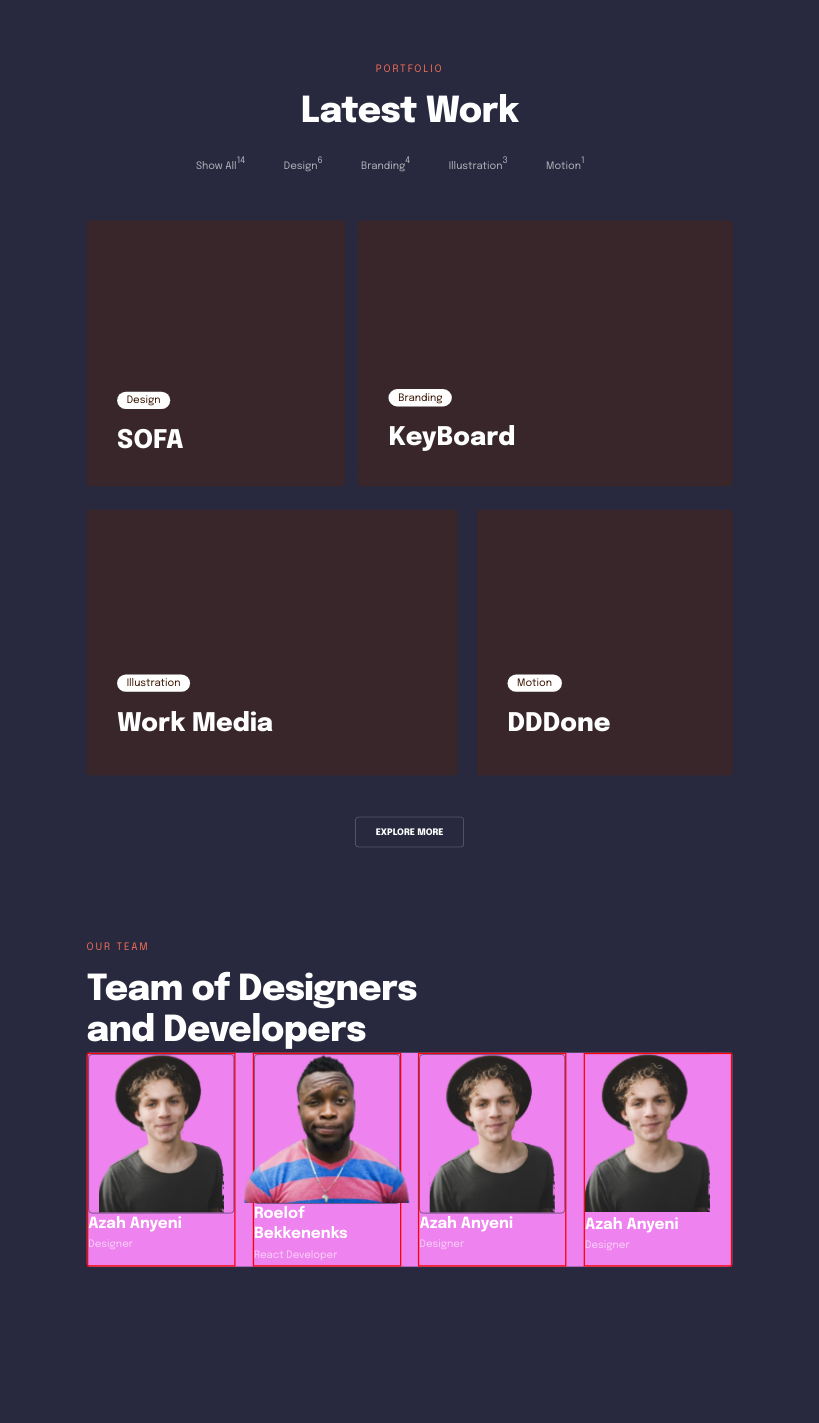
Repository: FidanXankishiyeva/figma-positions-task
Page: index.html
These files come from the project's save history. The page is drawn as it stood at one moment and after the next save; the edit follows.
The browser window is 1280 px wide. The pictures show the whole page, at 64% of full size.

Above is the page before, as saved 2023-08-10 13:45:35.

### index.html
<!DOCTYPE html>
<html lang="en">

<head>
    <meta charset="UTF-8">
    <meta name="viewport" content="width=device-width, initial-scale=1.0">
    <title>Document</title>
    <link rel="stylesheet" href="index.css">
</head>

<body>
    <div class="container">
        <div class="page-1">
            <div class="text-box">
                <h1>Portfolio</h1>
                <h2>Latest Work</h2>
            </div>
            <nav class="position-box">
                <ul>
                    <li>
                        <h1>Show All</h1>
                        <p>14</p>
                    </li>
                    <li>
                        <h1>Design</h1>
                        <p>6</p>
                    </li>
                    <li>
                        <h1>Branding</h1>
                        <p>4</p>
                    </li>
                    <li>
                        <h1>Illustration</h1>
                        <p>3</p>
                    </li>
                    <li>
                        <h1>Motion</h1>
                        <p>1</p>
                    </li>
                </ul>
            </nav>
            <div class="photo-box">
                <div class="sofa-box">
                    <img src="./photo/sofa.svg" alt="">
                    <div class="design-box">
                        <a href="#">Design</a>
                        <p>SOFA</p>

                    </div>
                </div>
                <div class="keyboard-box">
                    <img src="./photo/keyboard.svg" alt="">
                    <div class="branding-box">
                        <a href="#">Branding</a>
                        <p>KeyBoard</p>
                    </div>
                </div>
            </div>

            <div class="photo-box-2">
                <div class="work-media">
                    <img src="./photo/Work-Media.svg" alt="">
                    <div class="illustration-box">
                        <a href="#">Illustration</a>
                        <p>Work Media</p>
                    </div>
                </div>
                <div class="done-box">
                    <img src="./photo/done.svg" alt="">
                    <div class="motion-box">
                        <a href="#">Motion</a>
                        <p>DDDone</p>
                    </div>
                </div>
            </div>
            <button>
                Explore more
            </button>
        </div>
        <div class="page-2">
            <div class="text-box-2">
                <h3 >Our Team</h3>
                <h4>Team of Designers
                    and Developers</h4>
            </div>
            <div class="team-person">
                <ul>
                    <li>
                        <div>
                            <img src="./photo/azah.svg" alt="">
                        </div>
                        <h5>Azah Anyeni</h5>
                        <h6>Designer</h6>
                    </li>
                    <li>
                        <div>
                            <img src="./photo/roelof.svg" alt="">

                        </div>
                        <h5>Roelof Bekkenenks</h5>
                        <h6>React Developer</h6>
                    </li>
                    <li>
                        <div>
                            <img src="./photo/azah.svg" alt="">
                        </div>
                        <h5>Azah Anyeni</h5>
                        <h6>Designer</h6>
                    </li>
                    <li>
                        <img src="./photo/azah.svg" alt="">
                        <h5>Azah Anyeni</h5>
                        <h6>Designer</h6>
                    </li>
                </ul>
            </div>
        </div>
    </div>

</body>

</html>

### index.css
@import url("https://fonts.googleapis.com/css2?family=Epilogue:wght@400;700;800&display=swap");
* {
  margin: 0;
  padding: 0;
  box-sizing: border-box;
}

.container {
  width: 100%;
  background-color: #28293e;
}

.page-1 {
  padding: 92px 135px 0 135px;
}
.text-box h1 {
  margin-bottom: 20px;
  color: var(--text-light-accent, #ef6d58);
  text-align: center;
  font-feature-settings: "clig" off, "liga" off;
  font-family: Epilogue;
  font-size: 16px;
  font-style: normal;
  font-weight: 400;
  line-height: 32px;
  letter-spacing: 3px;
  text-transform: uppercase;
}

.text-box h2 {
  margin-bottom: 36px;
  color: var(--text-light, #fff);
  text-align: center;
  font-feature-settings: "clig" off, "liga" off;
  font-family: Epilogue;
  font-size: 56px;
  font-style: normal;
  font-weight: 800;
  line-height: 64px;
  letter-spacing: -1px;
}

.position-box ul {
  display: flex;
  justify-content: center;
}

.position-box ul li {
  list-style-type: none;
  margin-right: 60px;
  display: flex;
}

.position-box ul li h1 {
  color: var(--text-light-gray, rgba(255, 255, 255, 0.64));
  font-feature-settings: "clig" off, "liga" off;
  font-family: Epilogue;
  font-size: 16px;
  font-style: normal;
  font-weight: 400;
  line-height: 32px;
}

.position-box ul li p {
  color: var(--text-light-gray, rgba(255, 255, 255, 0.64));
  text-align: center;
  font-feature-settings: "clig" off, "liga" off;
  font-family: Epilogue;
  font-size: 14px;
  font-style: normal;
  font-weight: 400;
}

.photo-box {
  display: flex;
  justify-content: space-between;
  margin-top: 68px;
}

.sofa-box {
  width: 40%;
  position: relative;
}

.design-box {
  position: absolute;
  bottom: 51px;
  left: 48px;
  /* top: 50%;
    left: 50%;
    transform: translate(-50%, -50%); */
}

.sofa-box img {
  width: 100%;
  height: 416px;
  margin-right: 30px;
  border-radius: 6px;
  opacity: 0.3181;
  background: #5c2000;
}

.photo-box a {
  width: 84px;
  height: 38px;
  padding: 5px 15px;
  text-decoration: none;
  border-radius: 19px;
  background: #fff;
  color: var(--text-dark, #391400);
  font-feature-settings: "clig" off, "liga" off;
  font-family: Epilogue;
  font-size: 16px;
  font-style: normal;
  font-weight: 400;
  line-height: 32px;
}

.photo-box p {
  margin-top: 23px;
  color: var(--text-light, #fff);
  font-feature-settings: "clig" off, "liga" off;
  font-family: Epilogue;
  font-size: 40px;
  font-style: normal;
  font-weight: 800;
  line-height: 48px;
}

.keyboard-box {
  position: relative;
  width: 58%;
  height: 416px;
}

.keyboard-box img {
  width: 100%;
  height: 100%;
  border-radius: 6px;
  opacity: 0.3181;
  background: #5c2000;
}

.branding-box {
  position: absolute;
  bottom: 51px;
  left: 48px;
}

.photo-box-2 {
  display: flex;
  justify-content: space-between;
  margin-top: 32px;
}

.work-media {
  position: relative;
  margin-right: 30px;
  width: 58%;
  height: 416px;
}

.work-media img {
  width: 100%;
  height: 100%;
  border-radius: 6px;
  opacity: 0.3181;
  background: #5c2000;
}

.photo-box-2 a {
  padding: 5px 15px;
  border-radius: 19px;
  text-decoration: none;
  background: #fff;
  color: var(--text-dark, #391400);
  font-feature-settings: "clig" off, "liga" off;
  font-family: Epilogue;
  font-size: 16px;
  font-style: normal;
  font-weight: 400;
  line-height: 32px;
}

.photo-box-2 p {
  margin-top: 23px;
  color: var(--text-light, #fff);
  font-feature-settings: "clig" off, "liga" off;
  font-family: Epilogue;
  font-size: 40px;
  font-style: normal;
  font-weight: 800;
  line-height: 48px;
}

.illustration-box {
  position: absolute;
  top: 256px;
  left: 48px;
}

.done-box {
  position: relative;
  width: 40%;
  height: 416px;
}

.done-box img {
  width: 100%;
  height: 100%;

  border-radius: 6px;
  opacity: 0.3181;
  background: #5c2000;
}

.motion-box {
  position: absolute;
  top: 256px;
  left: 48px;
}

.box {
  position: absolute;
  top: 64px;
  left: 500px;
}

button {
  width: 170px;
  height: 48px;
  /* padding: 18px 31px; */
  margin: auto;
  margin-top: 64px;
  display: block;
  border-radius: 6px;
  border: 1px solid rgba(255, 255, 255, 0.3);
  background-color: #28293e;
  text-decoration: none;
  color: #fff;
  text-align: center;
  font-family: Epilogue;
  font-size: 14px;
  font-style: normal;
  font-weight: 900;
  line-height: normal;
  text-transform: uppercase;
}
/* page-2 design */
.page-2 {
  padding: 140px 135px 244px 135px;
}
.text-box-2 {
  width: 531px;
}
.text-box-2 h3 {
  color: var(--text-light-accent, #ef6d58);
  font-feature-settings: "clig" off, "liga" off;
  font-family: Epilogue;
  font-size: 16px;
  font-style: normal;
  font-weight: 400;
  line-height: 32px;
  letter-spacing: 3px;
  text-transform: uppercase;
}
.text-box-2 h4 {
  margin-top: 20px;
  color: var(--text-light, #fff);
  font-feature-settings: "clig" off, "liga" off;
  font-family: Epilogue;
  font-size: 56px;
  font-style: normal;
  font-weight: 800;
  line-height: 64px;
  letter-spacing: -1px;
}
.team-person ul {
  /* padding: 24px 37px 0px 37px; */
  display: flex;
  justify-content: space-between;
  border-radius: 6px;
  border: 1px solid #3a3c56;
  background-color: violet;
}
.team-person ul li {
  list-style-type: none;
  width: 23%;
  border: 2px solid red;
}
.team-person ul li div {
  border-radius: 6px;
  border: 1px solid #3a3c56;
  display: flex;
  justify-content: center;
}
.team-person ul li:first-child img {
  width: 196px;
  height: 247px;
}
.team-person ul li:nth-child(2) img {
  width: 259px;
  height: 232px;
}

.team-person h5 {
  color: var(--text-light, #fff);
  font-feature-settings: "clig" off, "liga" off;
  font-family: Epilogue;
  font-size: 24px;
  font-style: normal;
  font-weight: 700;
  line-height: 32px;
}
.team-person h6 {
  color: var(--text-light-gray, rgba(255, 255, 255, 0.64));
  font-feature-settings: "clig" off, "liga" off;
  font-family: Epilogue;
  font-size: 16px;
  font-style: normal;
  font-weight: 400;
  line-height: 32px;
}

After the next save:
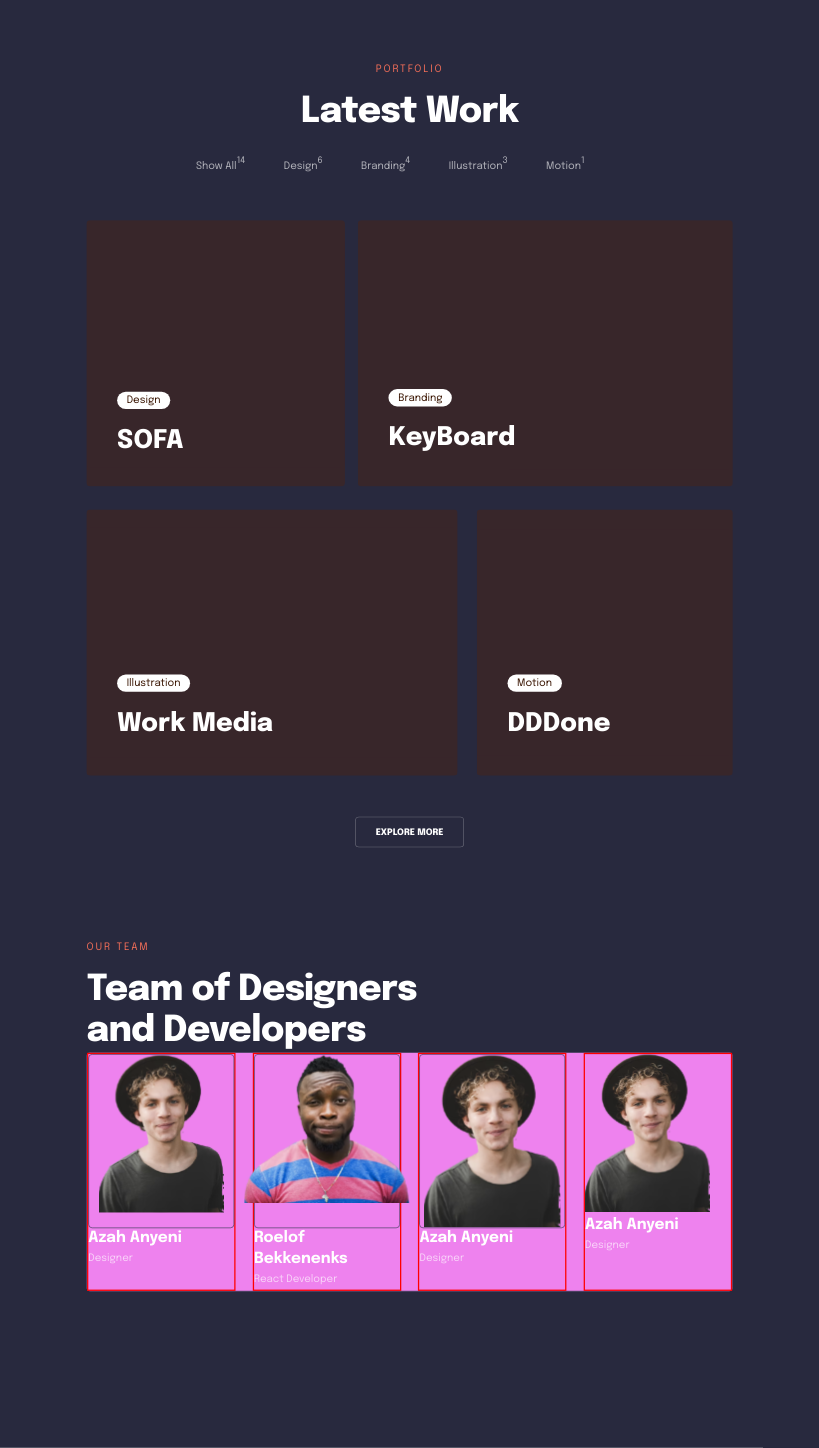
Saved 5 s later.
--- a/index.css
+++ b/index.css
@@ -289,6 +289,7 @@ button {
   border: 2px solid red;
 }
 .team-person ul li div {
+    height: 272px;
   border-radius: 6px;
   border: 1px solid #3a3c56;
   display: flex;
